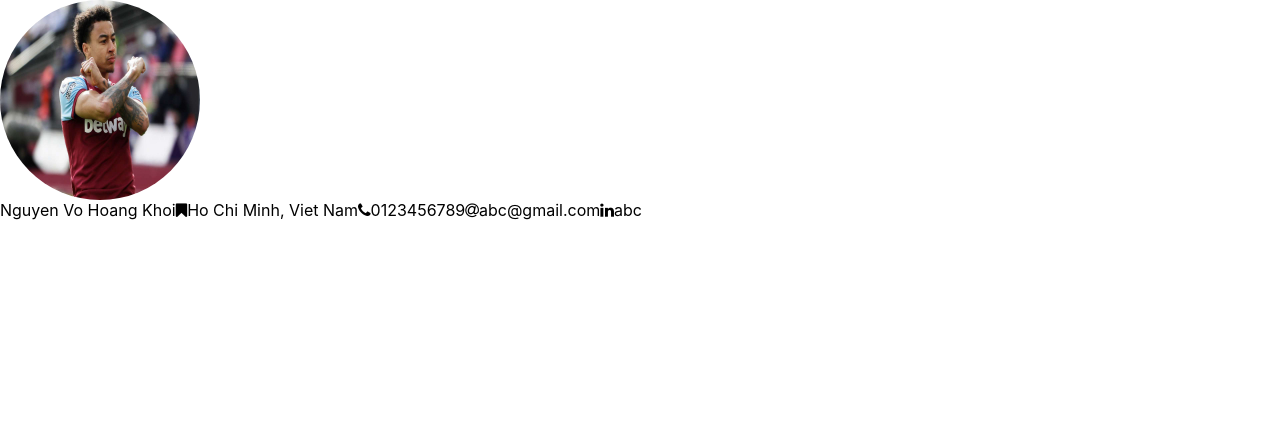
Repository: khoibanh113/mycv
Page: /
These files come from the project's save history. The page is drawn as it stood at one moment and after the next save; the edit follows.
The browser window is 1280 px wide. The pictures show the whole page.
The project was rebuilt for these pictures with package versions that can differ from the ones it lists, and the page was loaded fresh each time.

Above is the page before, as saved 2021-03-30 10:08:49.

### src/App.js
import React,{Component} from 'react'
import Avatar from './component/avatar'
import AvaImg from './image/avatar.jpg'
import Contact from './component/contact'

class App extends Component {
  render(){
    return (
      <div className="App">
        <Avatar img={AvaImg} />
        <Contact
          name='Nguyen Vo Hoang Khoi'
          location='Ho Chi Minh, Viet Nam'
          phone='0123456789'
          email='abc@gmail.com'
          linkedin='abc'
        />
      </div>
    );
  }
}

export default App;

### src/component/avatar.js
import React from 'react'
import '../css/avatar.css'

class avatar extends React.Component {
    constructor(props){
        super(props);
        this.image = props.img;
    }

  render(){
    return (
        <div className="avaContainer">
          <img src={this.image} alt="this is your avatar" />
        </div>
    );
  }
}

export default avatar;

### src/component/contact.js
import react, {Component} from 'react'
import '../../node_modules/font-awesome/css/font-awesome.min.css';
import '../css/contact.css'

class contact extends Component{
    constructor(props){
        super(props);
        this.name = props.name;
        this.location = props.location;
        this.phone = props.phone;
        this.email = props.email;
        this.linkedin = props.linkedin;
    }



    render(){
        return(
            <div className="container-contact">
                <i class="fa fa-user-alt"></i>
                <span className="name">{this.name}</span>
                <i class='fa fa-bookmark'></i>
                <span className="location">{this.location}</span>
                <i className="fa fa-phone"></i>
                <span className="phone">{this.phone}</span>
                <i class="fa fa-at"></i>
                <span className="email">{this.email}</span>
                <i className="fa fa-linkedin"></i>
                <span className="linkedin">{this.linkedin}</span>
            </div>
        )
    }
}

export default contact;

### src/css/avatar.css

.avaContainer img {
    height: 100%;
    width: 100%;
    border-radius: 100px;
}
.avaContainer{
    height: 200px;
    width: 200px;

}

.nameContainer{
    text-align: center;
}

### src/css/contact.css
.container-contact i{
    display: inline-block;
}

Loaded but not shown: public/index.html (common file); src/index.js (common file); src/index.css (common file); src/reportWebVitals.js (common file)

After the next save:
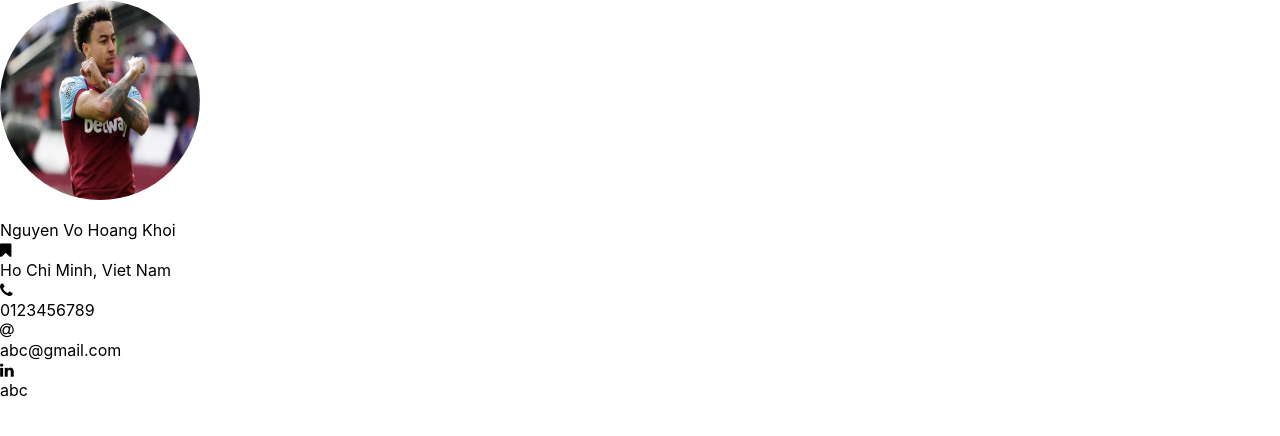
Saved 3 min 45 s later.
--- a/src/component/contact.js
+++ b/src/component/contact.js
@@ -18,15 +18,15 @@
         return(
             <div className="container-contact">
                 <i class="fa fa-user-alt"></i>
-                <span className="name">{this.name}</span>
+                <div className="name">{this.name}</div>
                 <i class='fa fa-bookmark'></i>
-                <span className="location">{this.location}</span>
+                <div className="location">{this.location}</div>
                 <i className="fa fa-phone"></i>
-                <span className="phone">{this.phone}</span>
+                <div  className="phone">{this.phone}</div>
                 <i class="fa fa-at"></i>
-                <span className="email">{this.email}</span>
+                <div  className="email">{this.email}</div>
                 <i className="fa fa-linkedin"></i>
-                <span className="linkedin">{this.linkedin}</span>
+                <div  className="linkedin">{this.linkedin}</div>
             </div>
         )
     }

After the 2 saves that followed:
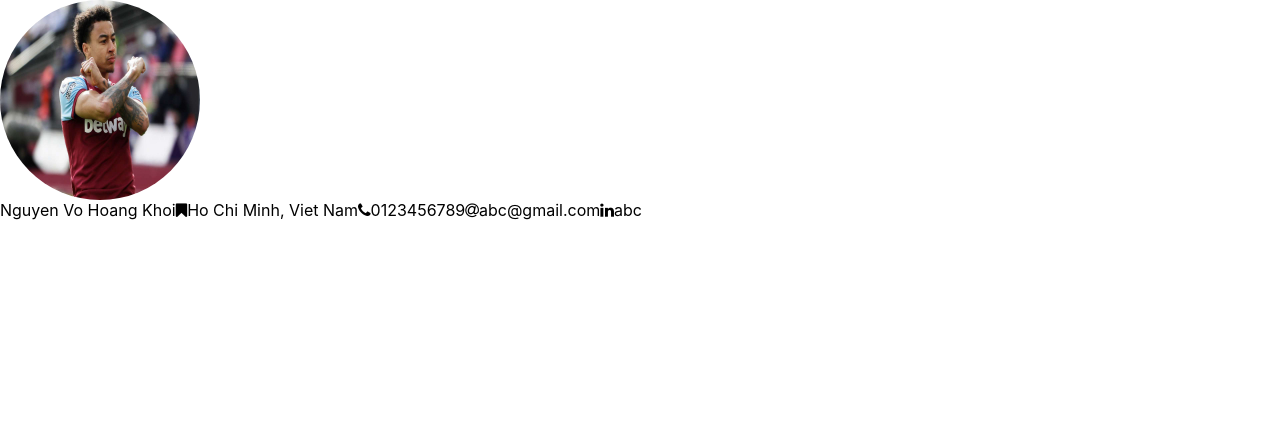
The 2 saves are shown as one change because 1 left the picture as it was.
The last was saved 31 s later.
--- a/src/css/contact.css
+++ b/src/css/contact.css
@@ -1,3 +1,3 @@
-.container-contact i{
+.container-contact div{
     display: inline-block;
 }
